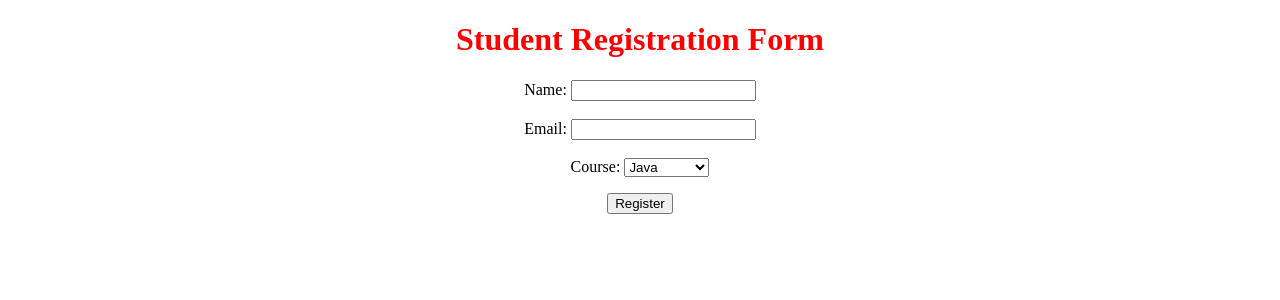
Repository: anik3395/JavaServletProjects
Page: eclipse-workspace/StudentRegistrationSystem/src/main/webapp/registration.html
An editor plug-in stored every save of this project. The page is shown before and after the next save, followed by the edit.
The browser window is 1280 px wide. The pictures show the whole page.

Above is the page before, as saved 2024-10-22 14:03:05.

### eclipse-workspace/StudentRegistrationSystem/src/main/webapp/registration.html
<!DOCTYPE html>
<html>
<head>
<meta charset="UTF-8">
<title>Student Registration Form</title>
</head>
<body style="text-align:center;">

<h1 style="color:red;">Student Registration Form</h1>

 <!-- Create a form for Registration -->
<form action="register" method="post">

<!-- Create all input field  -->
Name: <input type="text" name="name" required><br><br>

Email: <input type="email" name="email" required><br><br>

Course: <select name="course">
            <option >Java</option>
            <option >Python</option>
            <option >JavaScript</option>
            <option> C </option>
            <option>C++</option>

</select>
<p></p>
<!-- Submit button to register the student -->
<input type="submit" value="Register">

</form>

</body>
</html>

After the next save:
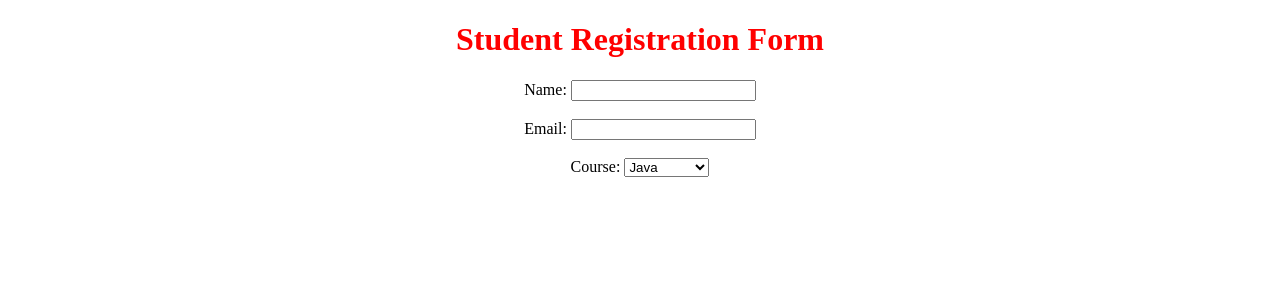
Saved 5 min 27 s later.
--- a/eclipse-workspace/StudentRegistrationSystem/src/main/webapp/registration.html
+++ b/eclipse-workspace/StudentRegistrationSystem/src/main/webapp/registration.html
@@ -26,7 +26,7 @@ Course: <select name="course">
 </select>
 <p></p>
 <!-- Submit button to register the student -->
-<input type="submit" value="Register">
+<input type="submit" value="Register" style="background-color: #4CAF50; color: white; padding: 10px 20px; border: none; border-radius: 5px; font-size: 16px; cursor: pointer;>
 
 </form>
 
